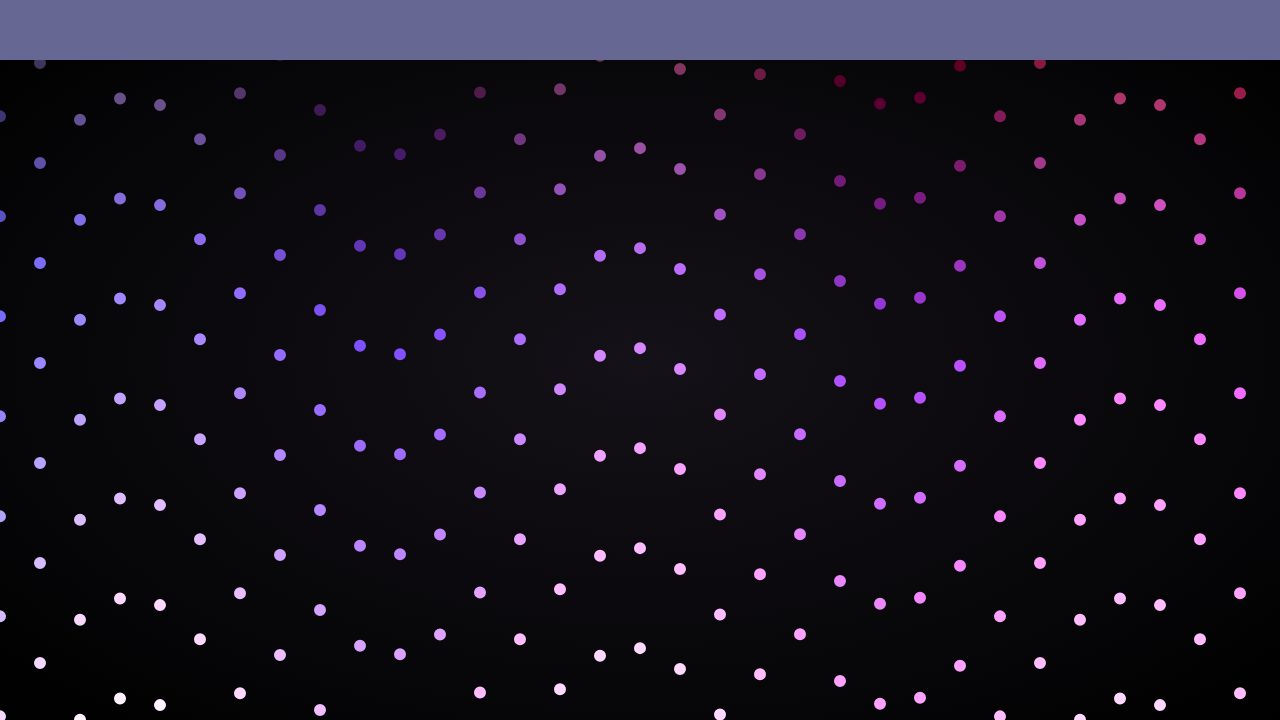
Repository: Iban-del/ProjetBacIban
Page: index.html
An editor plug-in stored every save of this project. The page is shown before and after the next save, followed by the edit.
The browser window is 1280 px wide. The pictures show the whole page.

Above is the page before, as saved 2025-02-19 19:53:53.

### index.html
<!DOCTYPE html>
<html lang="fr">
<head>
    <meta charset="UTF-8">
    <meta name="viewport" content="width=device-width, initial-scale=1.0">
    <link rel="icon" type="image/x-icon" href="./image/image.png">
    <link rel="stylesheet" href="./css/index.css">
    <title>Iban</title>
    <script src="./js/background.js" type="module"></script>
    <canvas id="canvas-background"></canvas>
</head>
<body>
    <nav class="navBar"></nav>

</body>
</html>

### css/index.css
html,body{
    margin: 0px;
    overflow-x: clip;
    display: flex;
}

.navBar{
    height: 60px;
    width: 100%;
    position: fixed;
    background-color: rgb(103, 103, 147);
    z-index: 1;
    display: flex;
    justify-content: end;
    align-items: center;
    color: white;
}

.background-canvas{
    overflow-x: clip;
    background:radial-gradient(rgb(50, 50, 71), rgb(0, 0, 0));
    z-index: 10;
    position: fixed;
}

### js/background.js
/**
 * création du fond du site
 */

//constante avec les couleur des composant
const darkColor ={
    backgrounds1:"#000",
    backgrounds2:"#141118",
};

//constante avec les couleur des composant
const lightColor ={
    backgrounds1:"#FDFCFE",
    backgrounds2:"#FAF8FD",
};


/**
 * fonction qui permet de géré le fond par default en cas d'érreur
 */
function defaultBackground(){

    const body = document.querySelector("body");

    if(body instanceof HTMLBodyElement){
        body.style.backgroundColor = darkColor.backgrounds2;
    }

}


/**
 * cette fonction permet d'attribué le style au canvas
 */
function canvasStyle(canvas){

    if(canvas instanceof HTMLCanvasElement){

        canvas.height = window.innerHeight;
        canvas.width = window.innerWidth;
        canvas.style.background = "radial-gradient("+darkColor.backgrounds2+","+darkColor.backgrounds1+")";

        return;
    }

    throw new Error("Canvas n'est pas de type HTMLCanvasElement ");

}

/**
 * fonction de création d'une vague
 */
function vague(x,A){

    const lambda = 0.002;//longueur d'onde
    const k = lambda*2*Math.PI; //nombre oscilation
    const phi = 3;//décalage
    return A*Math.sin(k*x+phi);
}


/**
 * affichage de la vague
 * @param CanvasRenderingContext2D  ctx
 */
function drawVague(ctx,canvas,A,steep){

    if(ctx instanceof CanvasRenderingContext2D){
        ctx.clearRect(0, 0, canvas.width, canvas.height);
        let color =0;
        for(let t = -100;t < window.innerHeight+100;t+= 100){
            ctx.beginPath();
            for(let i = 0 ;i < window.innerWidth;i+=40){
                let x = i
                let y = vague(x,A)+(t)+(x*0.1);
                ctx.lineTo(x,y)
                ctx.beginPath();
                ctx.moveTo(x,y)
                ctx.fillStyle=`rgb(${color+(x*.1)},${color*0.9},${color+(y*.49)})`;
                ctx.arc(x,y,6,0,Math.PI*2,true)
                ctx.fill();

            }
            color+=30;
        }


        if(A >150){

            steep =-1;

        }else if(A < 10){
            steep = 1;
        }
        A+= steep;
        // Demander la prochaine frame
        requestAnimationFrame(() => drawVague(ctx, canvas, A, steep));

    }


}

/**
 * fonction pour annimer le fond
 */
function animateBackground(ctx,canvas,A){

    let steep = 1;
    drawVague(ctx,canvas,A,steep)



    //requestAnimationFrame(animateBackground(ctx,A+steep));

}


/**
 * fonction d'initialisation du fond
 */
function init(){
    //récupération des élémentcanvas
    const canvas = document.querySelector("canvas");

    if(canvas instanceof HTMLCanvasElement){

        const ctx = canvas.getContext('2d');

        canvasStyle(canvas);
        animateBackground(ctx,canvas,100)

    }
}

try{

    init()

}catch(error){

    console.log(error)
    defaultBackground()
}

After the next save:
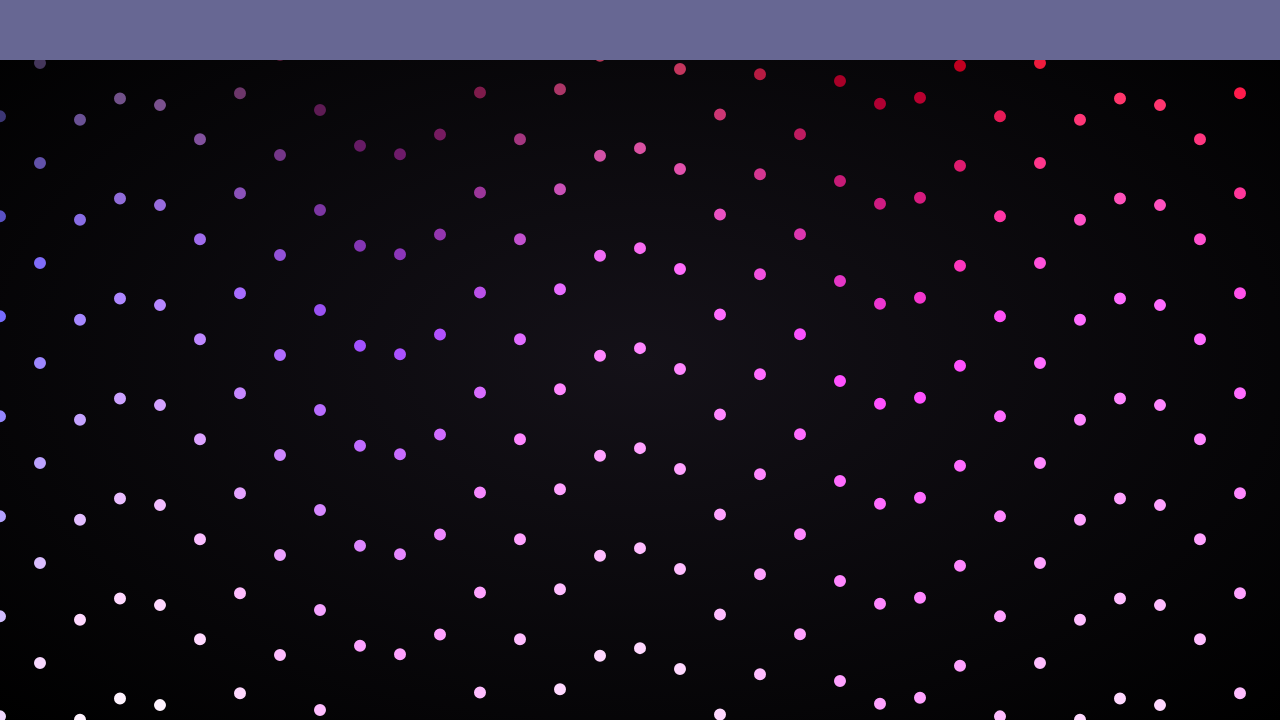
Saved 4 s later.
--- a/js/background.js
+++ b/js/background.js
@@ -76,7 +76,7 @@ function drawVague(ctx,canvas,A,steep){
                 ctx.lineTo(x,y)
                 ctx.beginPath();
                 ctx.moveTo(x,y)
-                ctx.fillStyle=`rgb(${color+(x*.1)},${color*0.9},${color+(y*.49)})`;
+                ctx.fillStyle=`rgb(${color+(x*.2)},${color*0.9},${color+(y*.49)})`;
                 ctx.arc(x,y,6,0,Math.PI*2,true)
                 ctx.fill();
 
